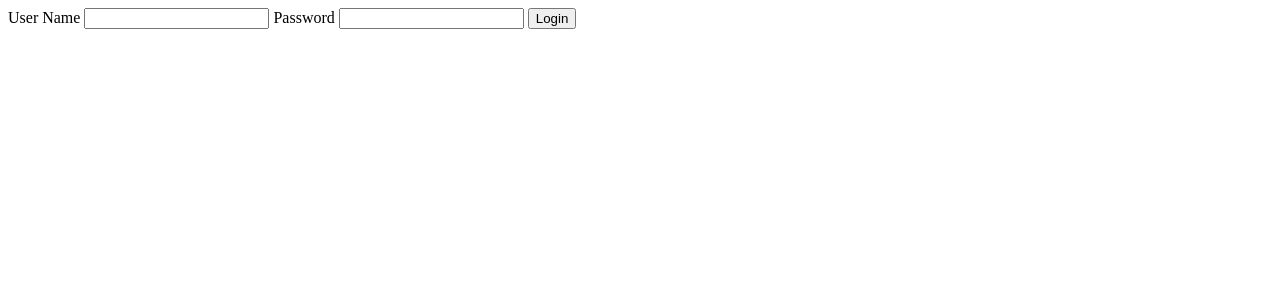
Repository: venkatesakki/JavaDeveloper
Page: http://localhost/crud_operation_practice/loginpage.jsp
The author's editor kept a copy of each file at every save. The page is drawn from the files as they stood at one save, then again after the next save.
The browser window is 1280 px wide. The pictures show the whole page.
The page is served by Tomcat 9.

Above is the page before, as saved 2022-06-24 07:08:27.

After the next save:
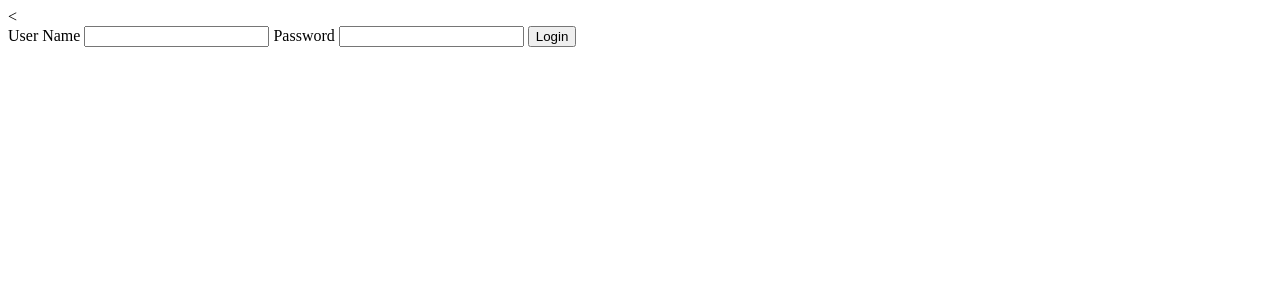
Saved 48 s later.
--- a/crud_operation_practice/src/main/webapp/loginpage.jsp
+++ b/crud_operation_practice/src/main/webapp/loginpage.jsp
@@ -1,5 +1,6 @@
 <%@ page language="java" contentType="text/html; charset=UTF-8"
     pageEncoding="UTF-8"%>
+     <%@ taglib uri="http://java.sun.com/jsp/jstl/core" prefix="c"%>
 <!DOCTYPE html>
 <html>
 <head>
@@ -7,6 +8,7 @@
 <title>LogIn Page</title>
 </head>
 <body>
+<
 <form action="">
 	<label for="">User Name</label>
 	<input type="text" name="userName"/>
